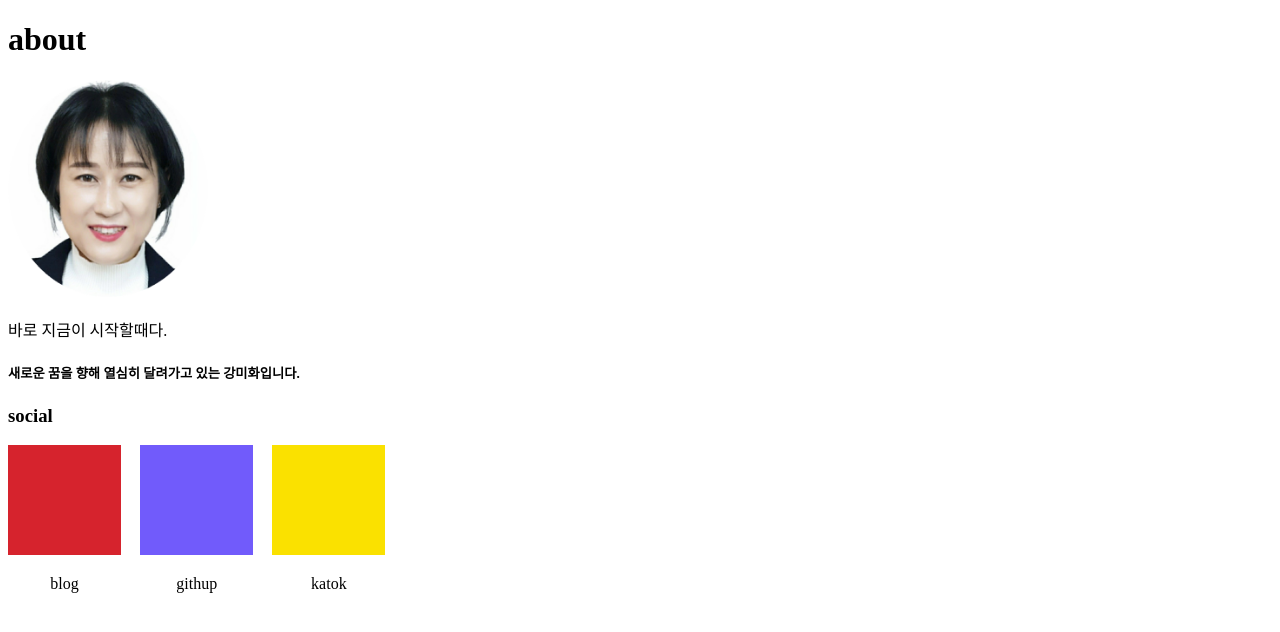
Repository: kmh9964/view
Page: workspace/studyhtml5/src/htmltags03.html
The author's editor kept a copy of each file at every save. The page is drawn from the files as they stood at one save, then again after the next save.
The browser window is 1280 px wide. The pictures show the whole page.

Above is the page before, as saved 2022-12-14 07:50:20.

After the next save:
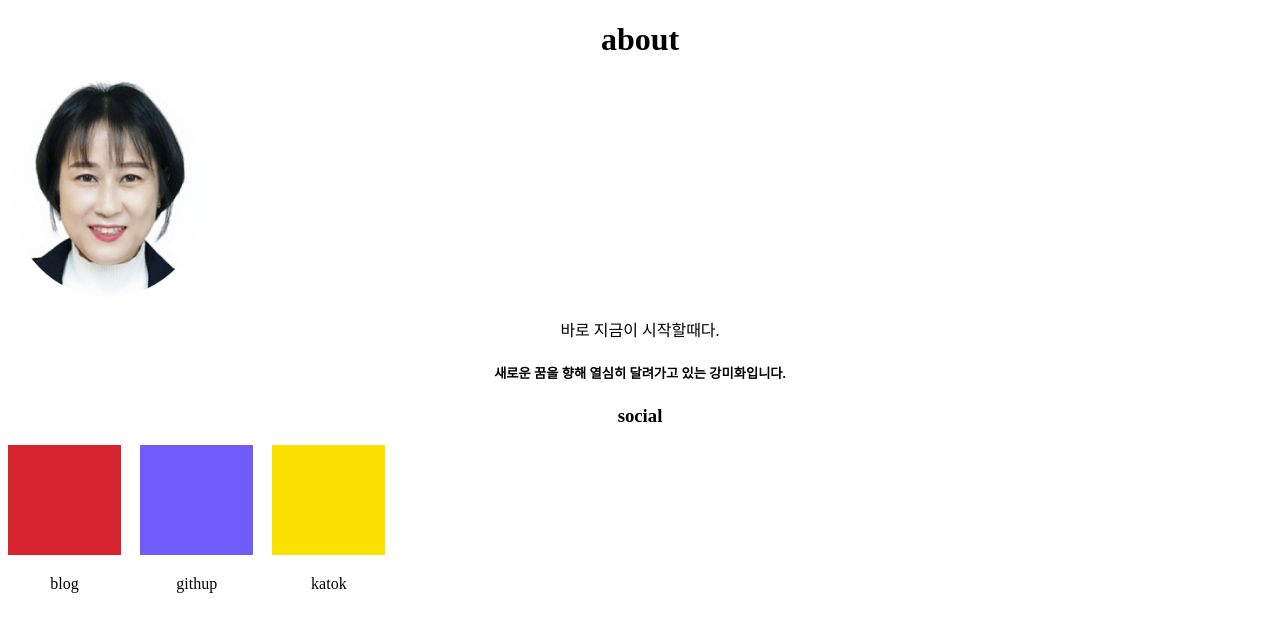
Saved 101 s later.
--- a/workspace/studyhtml5/src/htmltags03.html
+++ b/workspace/studyhtml5/src/htmltags03.html
@@ -12,10 +12,13 @@
 			속성1: 값1:
 			속성2: 값2:
 		}*/
+		h1,p,h5,h3{
+		text-align:center;
+		}
 	.icons{
 		display: flex;      /* 표시방법 : 플렉스 */
-		column-gap: 1.2rem; /* 컬럼-간격: 1rem만큼 띄어줘*/
-		text-align:center;
+		column-gap: 1.2rem; /* 컬럼-간격: 1rem만큼 띄어줘 */
+		text-align:center;	/* 텍스트-정렬: 가운데 */
 	}
 	</style>
 
